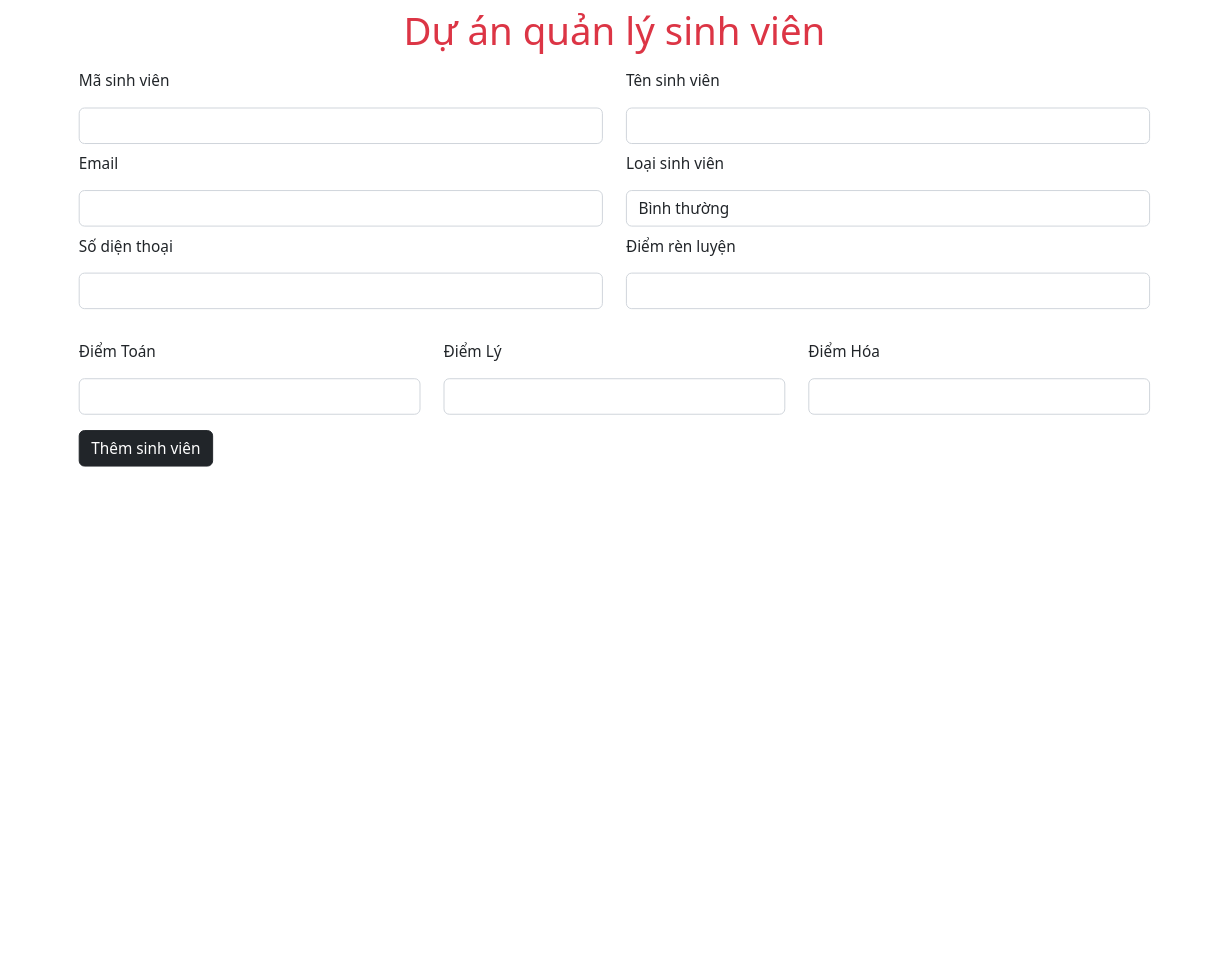
Repository: hcozyph/Cybersoft_JS_OOP
Page: index.html
An editor plug-in stored every save of this project. The page is shown before and after the next save, followed by the edit.
The browser window is 1280 px wide. The pictures show the whole page, at 96% of full size.

Above is the page before, as saved 2023-02-26 09:29:07.

### index.html
<!DOCTYPE html>
<html lang="en">
    <head>
        <title>Quản lý sinh viên</title>
        <!-- Required meta tags -->
        <meta charset="utf-8" />
        <meta
            name="viewport"
            content="width=device-width, initial-scale=1, shrink-to-fit=no"
        />

        <!-- Bootstrap CSS v5.2.1 -->
        <link
            href="https://cdn.jsdelivr.net/npm/bootstrap@5.2.1/dist/css/bootstrap.min.css"
            rel="stylesheet"
            integrity="sha384-iYQeCzEYFbKjA/T2uDLTpkwGzCiq6soy8tYaI1GyVh/UjpbCx/TYkiZhlZB6+fzT"
            crossorigin="anonymous"
        />

        <!-- index.css -->
        <link rel="stylesheet" href="./assets/styles/index.css" />
    </head>

    <body>
        <div class="container" style="margin-bottom: 500px">
            <div class="title">
                <h3 class="text-center fs-1 text-danger my-2">
                    Dự án quản lý sinh viên
                </h3>
            </div>

            <div class="content">
                <div class="row">
                    <div class="col-md-6 col-lg-6">
                        <div class="form-group my-2">
                            <p>Mã sinh viên</p>
                            <input class="form-control" id="maSinhVien"></input>
                        </div>

                        <div class="form-group my-2">
                            <p>Email</p>
                            <input class="form-control" id="email"></input>
                        </div>

                        <div class="form-group my-2">
                            <p>Số diện thoại</p>
                            <input class="form-control" id="soDienThoai"></input>
                        </div>
                    </div>

                    <div class="col-md-6 col-lg-6">
                        <div class="form-group my-2">
                            <p>Tên sinh viên</p>
                            <input class="form-control" id="tenSinhVien"></input>
                        </div>

                        <div class="form-group my-2">
                            <p>Loại sinh viên</p>
                            <select class="form-control" id="loaiSinhVien">
                                <option value="">Bình thường</option>
                                <option value="">Khó khăn</option>
                            </select>
                        </div>

                        <div class="form-group my-2">
                            <p>Điểm rèn luyện</p>
                            <input type="number" class="form-control" id="diemRenLuyen">
                        </div>
                    </div>
                </div>

                <div class="row mt-4">
                    <div class="col-md-4">
                        <p>Điểm Toán</p>
                        <input type="number" id="diemToan" class="form-control" >
                    </div>
                    <div class="col-md-4">
                        <p>Điểm Lý</p>
                        <input type="number" id="diemLy" class="form-control" >
                    </div>
                    <div class="col-md-4">
                        <p>Điểm Hóa</p>
                        <input type="number" id="diemHoa" class="form-control" >
                    </div>
                </div>

                <div class="mt-2">
                    <button class="btn btn-dark my-2" id="btnThemSinhVien">Thêm sinh viên</button>
                </div>

            </div>
        </div>

        <!-- Bootstrap JavaScript Libraries -->
        <script
            src="https://cdn.jsdelivr.net/npm/@popperjs/core@2.11.6/dist/umd/popper.min.js"
            integrity="sha384-oBqDVmMz9ATKxIep9tiCxS/Z9fNfEXiDAYTujMAeBAsjFuCZSmKbSSUnQlmh/jp3"
            crossorigin="anonymous"
        ></script>

        <script
            src="https://cdn.jsdelivr.net/npm/bootstrap@5.2.1/dist/js/bootstrap.min.js"
            integrity="sha384-7VPbUDkoPSGFnVtYi0QogXtr74QeVeeIs99Qfg5YCF+TidwNdjvaKZX19NZ/e6oz"
            crossorigin="anonymous"
        ></script>

        <!-- index.js -->
        <script src="./controllers/js/index.js"></script>
    </body>
</html>

### controllers/js/index.js
////----MÔ HÌNH MVC
/*
    M [model]       -- nơi chứa các file js là prototype (class)
    V [view]        -- nơi chứa các file giao diện (.html)
    C [controller]  -- các file điều hướng giao diện (index.html => index.js, qlsp.html => qlsp.js)

    ---------------------------------------------------

    util    -- chứa các file dùng chung cho dự án (ví dụ: các method sử dụng ở các dự án trước, hoặc libs [thư viện js] )
    assets  -- là folder chứa tài nguyên của hệ thống (img, audio, viddeo, css, font,...)

    */

Loaded but not shown: assets/styles/index.css (no stored copy; drawn as an empty file)

After the next save:
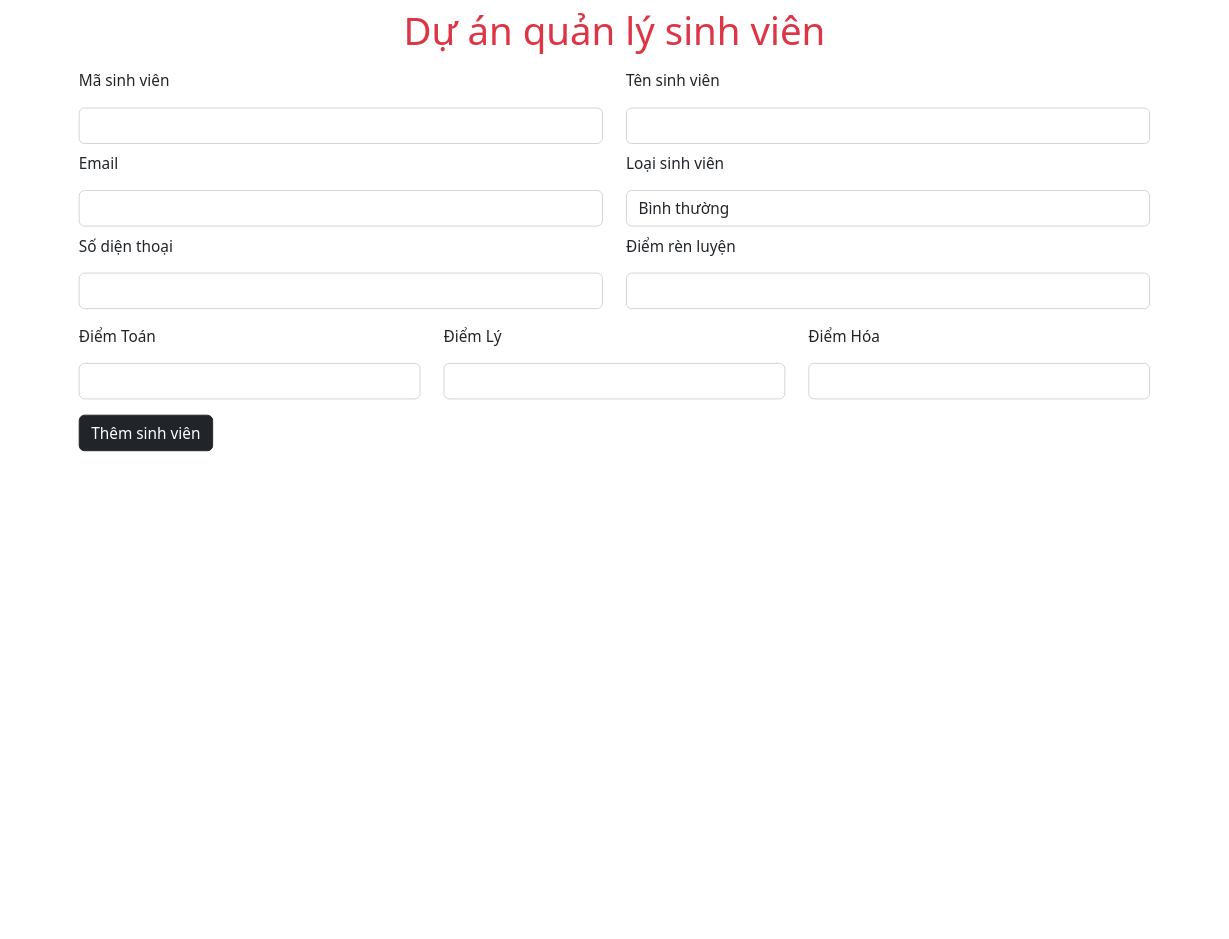
Saved 7 s later.
--- a/index.html
+++ b/index.html
@@ -69,7 +69,7 @@
                     </div>
                 </div>
 
-                <div class="row mt-4">
+                <div class="row mt-2">
                     <div class="col-md-4">
                         <p>Điểm Toán</p>
                         <input type="number" id="diemToan" class="form-control" >
